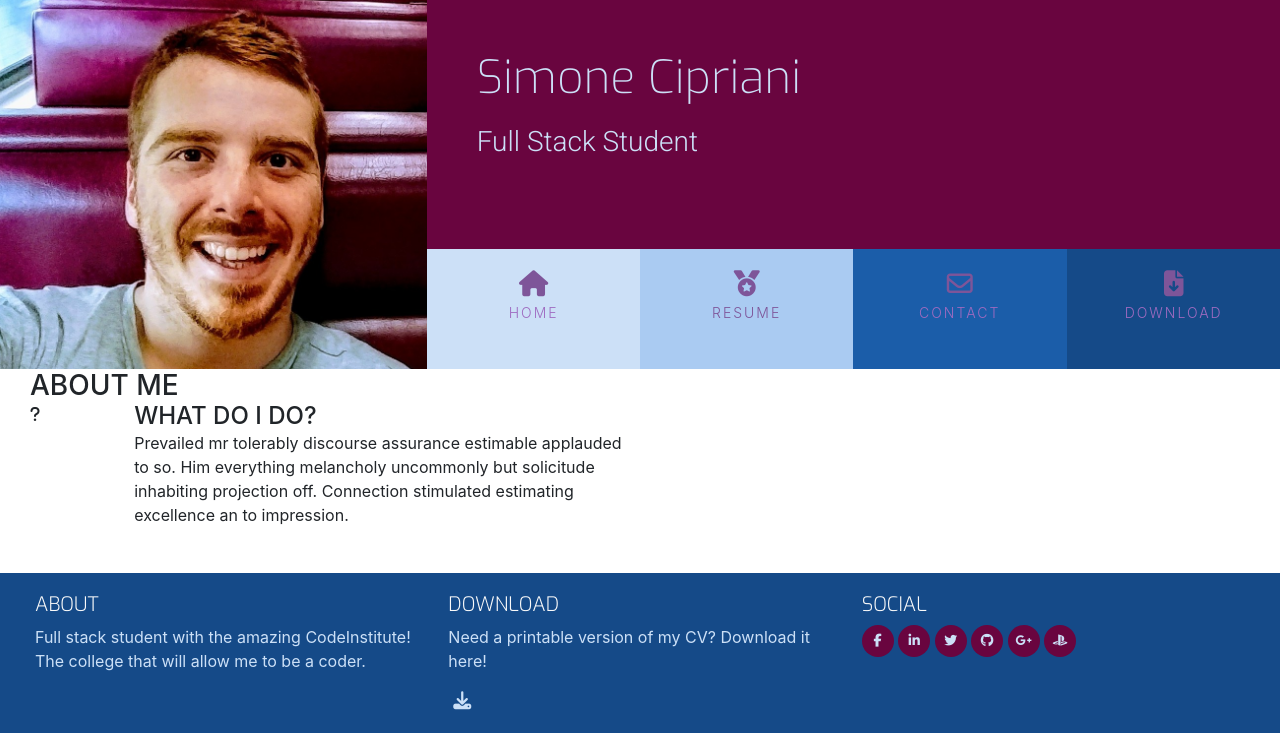
Repository: cipsim/resume
Page: index.html
The author's editor kept a record of every edit. The page is drawn from the files as they stood at one moment, then again after the next edit.
The browser window is 1280 px wide. The pictures show the whole page.
Some web libraries are served in a nearby version.

Above is the page before.

After the next edit:
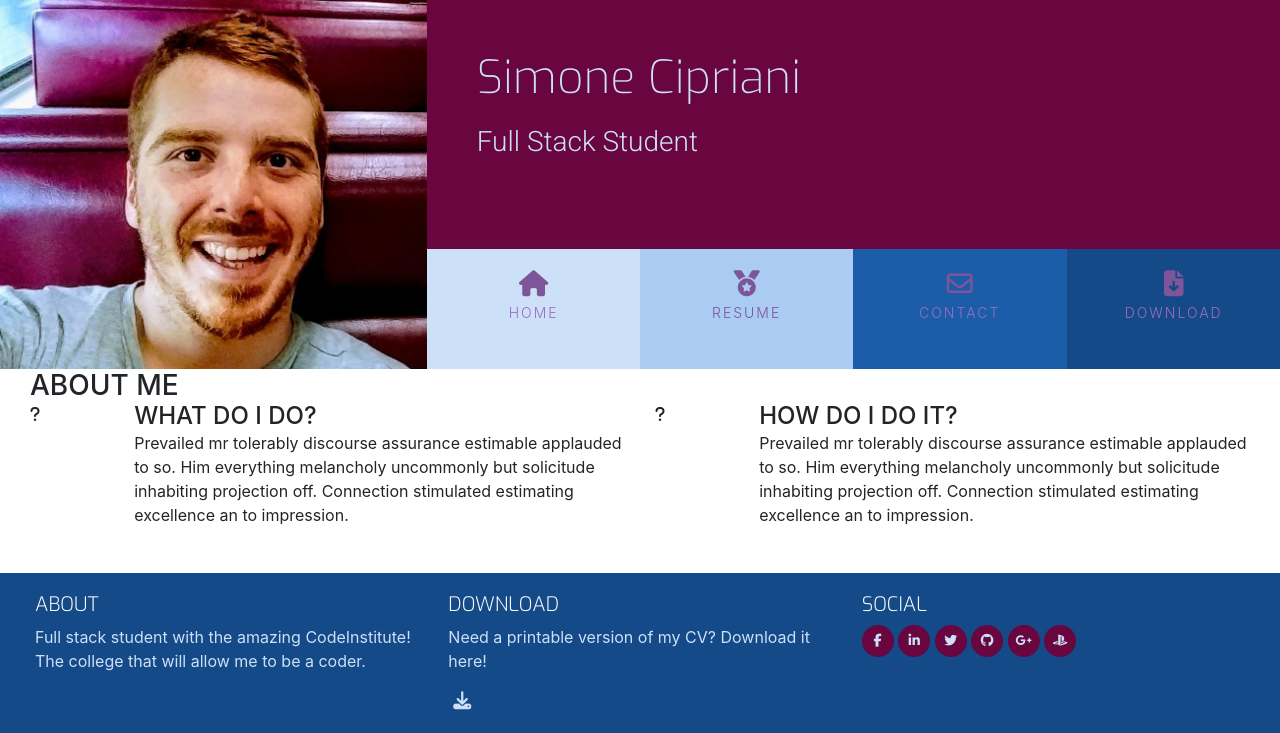
The edit:
--- a/index.html
+++ b/index.html
@@ -61,6 +61,19 @@
                                 </div>
                                 <div class="col-10">
                                     <h4 class="three-reasons-heading uppercase">What do i do?</h4>
+                                    <p>Prevailed mr tolerably discourse assurance estimable applauded to so.
+                                    Him everything melancholy uncommonly but solicitude inhabiting projection off.
+                                    Connection stimulated estimating excellence an to impression. </p>
+                                </div>
+                        </div>
+                    </div>
+                    <div class="col-10 offset-1 offset-sm-0 col-sm-4 col-md-6">
+                        <div class="row">
+                            <div class="col-2">
+                                <i class="three-reasons-icon fa fa-question" aria-hidden="true"></i>
+                                </div>
+                                <div class="col-10">
+                                    <h4 class="three-reasons-heading uppercase">How do i do it?</h4>
                                     <p>Prevailed mr tolerably discourse assurance estimable applauded to so.
                                     Him everything melancholy uncommonly but solicitude inhabiting projection off.
                                     Connection stimulated estimating excellence an to impression. </p>
